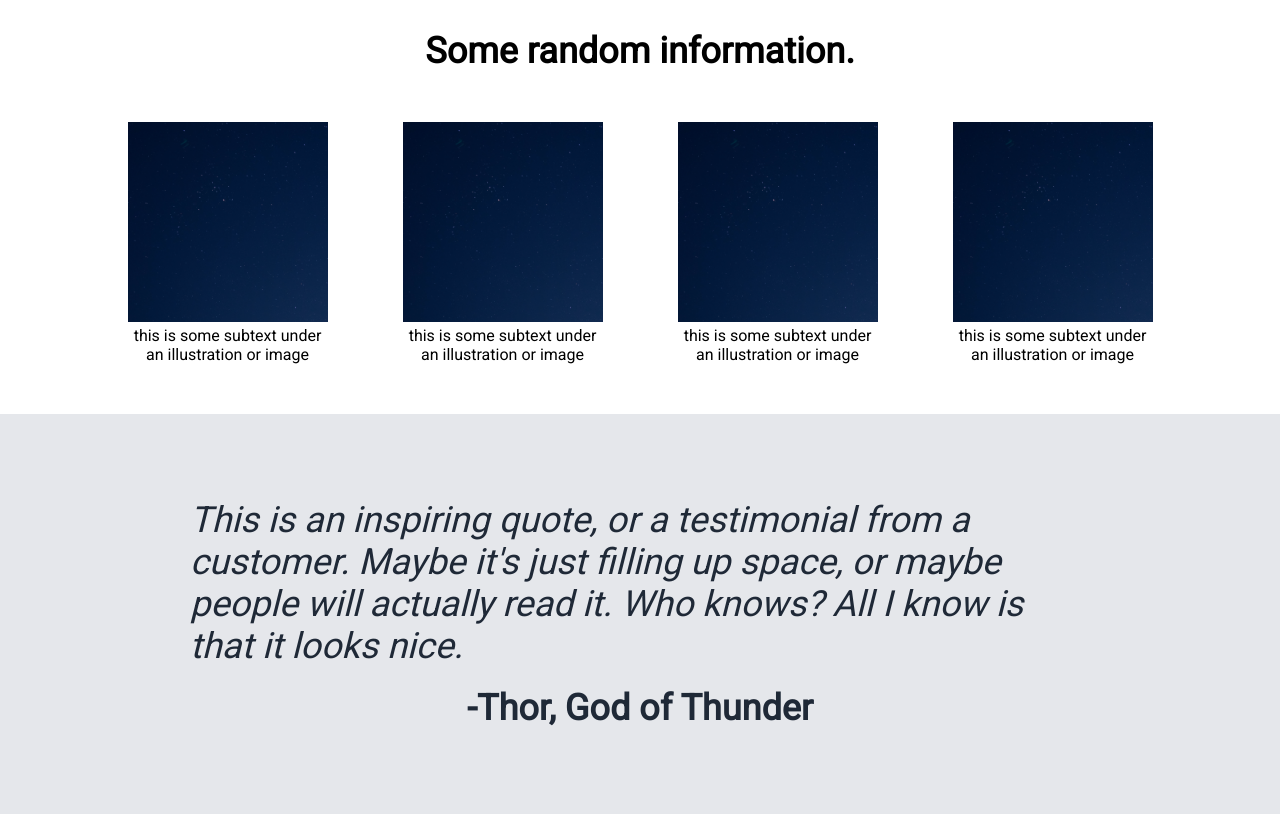
Repository: aaronestre/odin-landingpage
Page: index.html
An editor plug-in stored every save of this project. The page is shown before and after the next save, followed by the edit.
The browser window is 1280 px wide. The pictures show the part of the page from y = 570 to 1384 px (the page is 1384 px tall).
A picture or video elsewhere on the page could not be fetched, so the positions and the page height are approximate.

Above is the page before, as saved 2025-02-12 20:26:14.

After the next save:
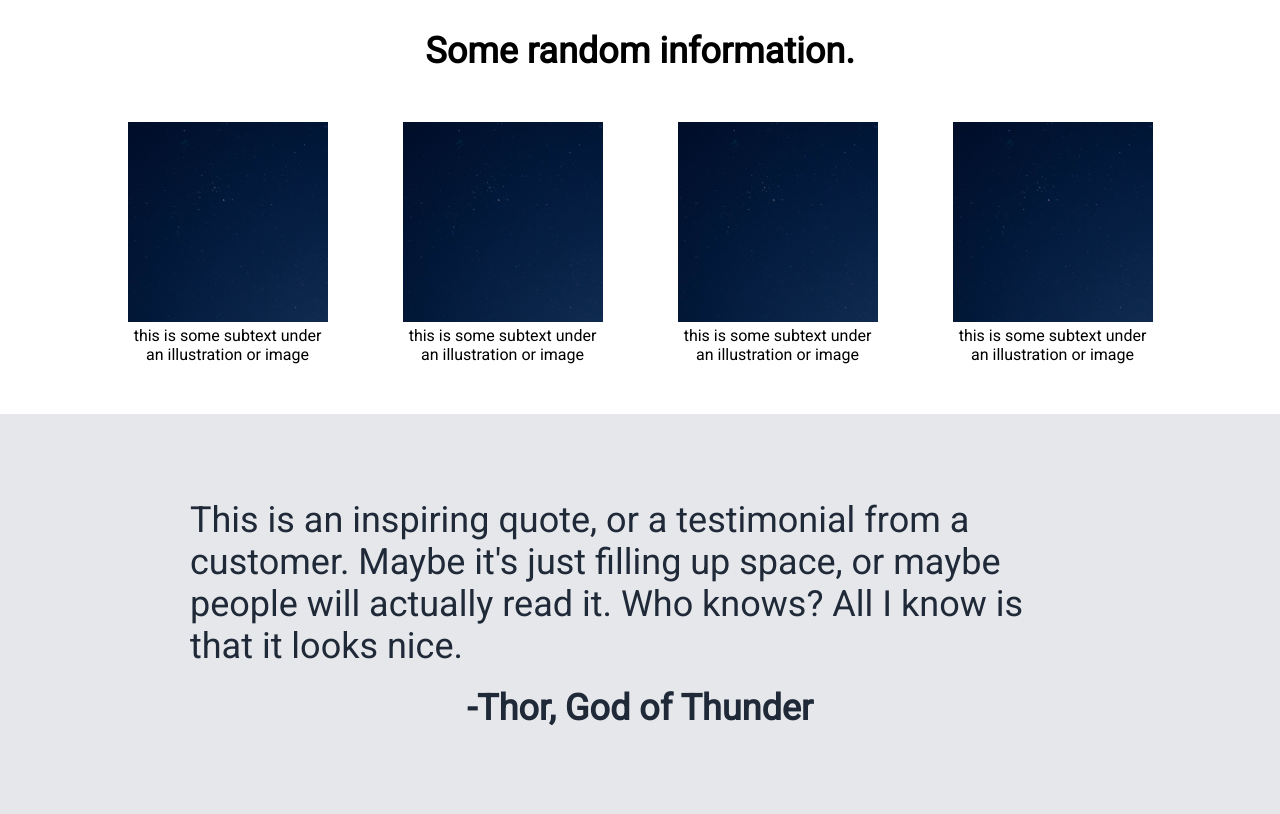
Saved 13 s later.
--- a/index.css
+++ b/index.css
@@ -111,7 +111,7 @@
 }
 
 .quote-text {
-    font-style: italic;
+    font-style: light-italic;
     font-weight: 50;
     margin-bottom: 20px;
     width: 900px;

After the 2 saves that followed:
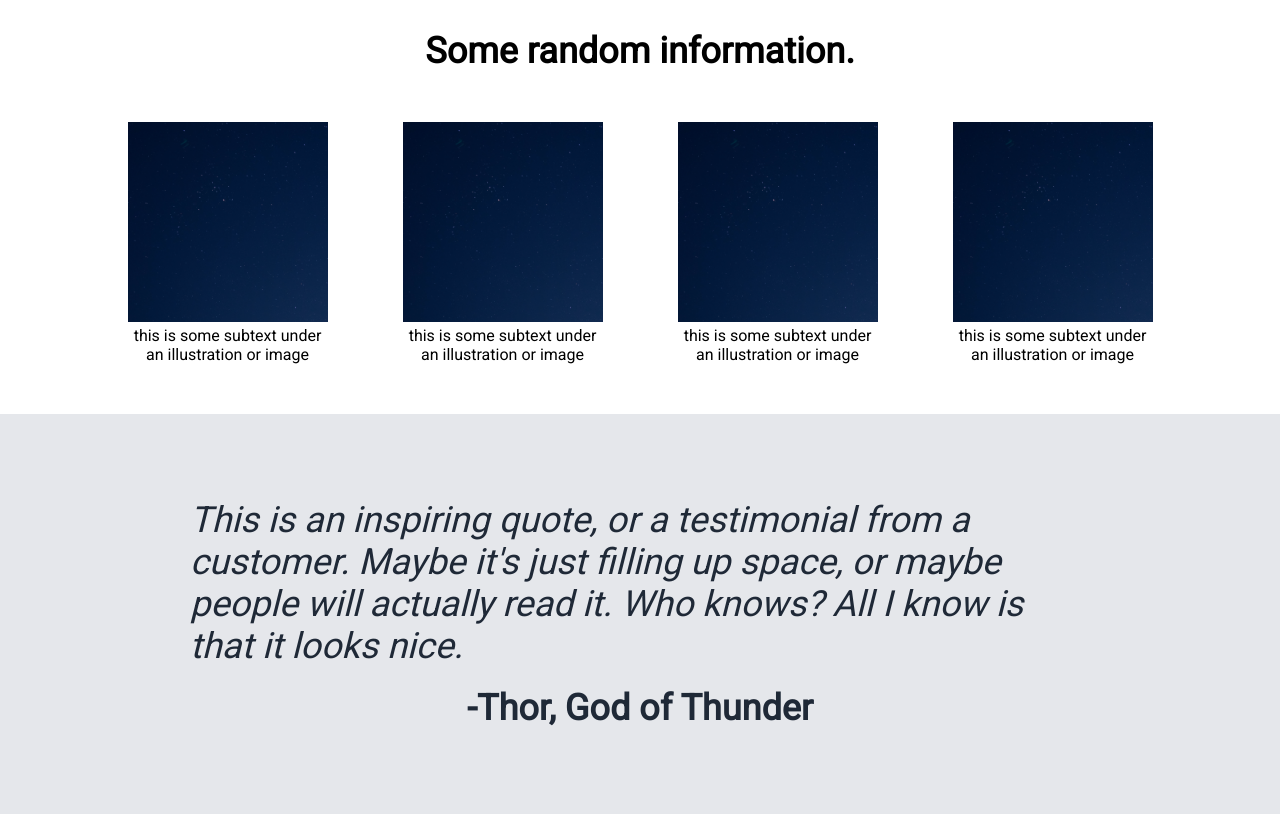
The 2 saves are shown as one change because 1 left the picture as it was.
The last was saved 13 s later.
--- a/index.css
+++ b/index.css
@@ -111,7 +111,7 @@
 }
 
 .quote-text {
-    font-style: light-italic;
+    font-style: italic;
     font-weight: 50;
     margin-bottom: 20px;
     width: 900px;
